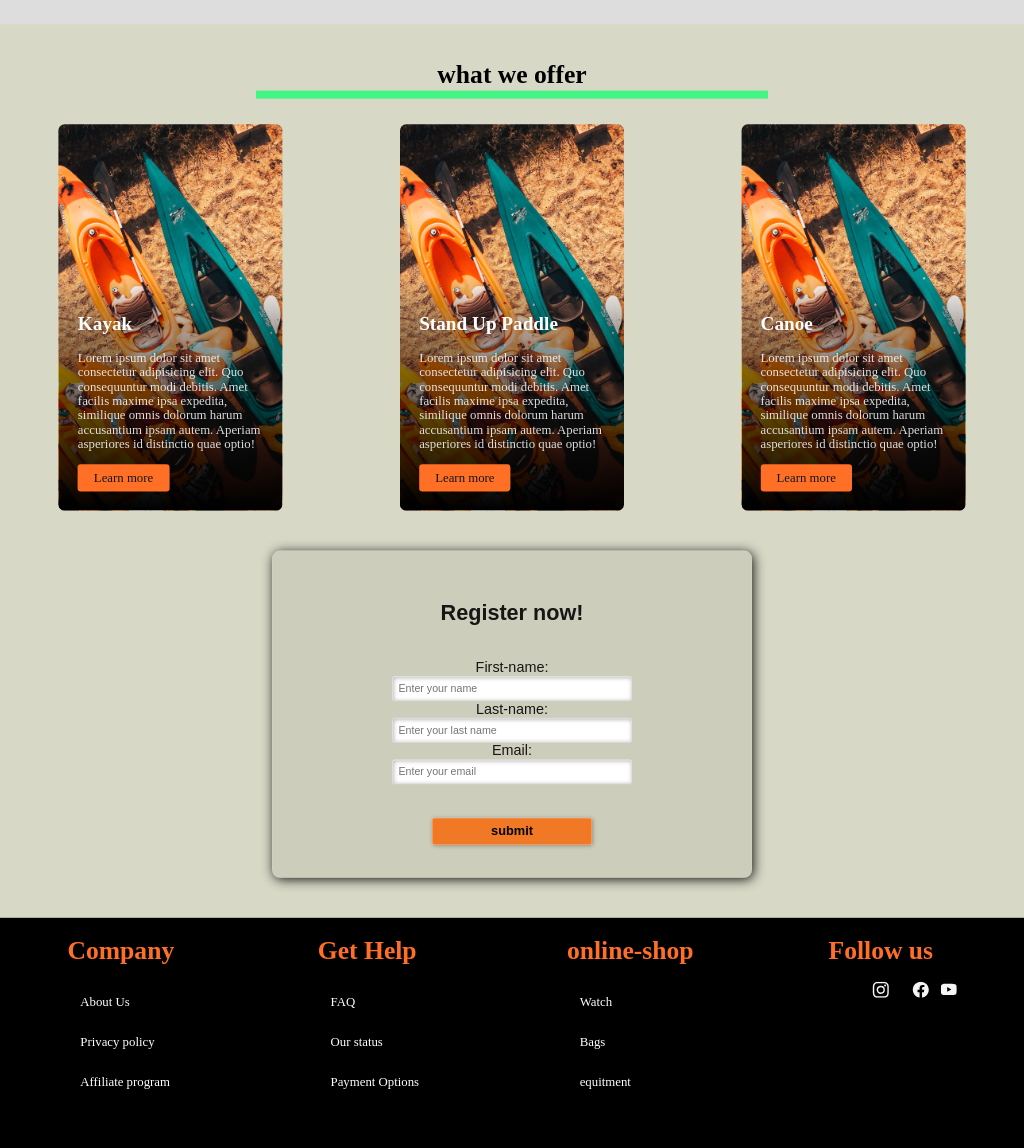
Repository: joseluis2289/Responsive-club-website
Page: index.html
These files come from the project's save history. The page is drawn as it stood at one moment and after the next save; the edit follows.
The browser window is 1280 px wide. The pictures show the part of the page from y = 1304 to 2739 px (the page is 2739 px tall), at 80% of full size.

Above is the page before, as saved 2021-08-25 00:19:40.

### index.html
<!DOCTYPE html>
<html lang="en">
<head>
    <meta charset="UTF-8">
    <meta http-equiv="X-UA-Compatible" content="IE=edge">
    <meta name="viewport" content="width=device-width, initial-scale=1.0">
    <link rel="stylesheet" href="style.css">
    <script src="script.js" defer></script>
    <title>Responsive-Club-website</title>
</head>
<body>

    <nav class="navbar">
        <!-- hamburger toggle -->
        <div class="brand-title">Club-Website</div>
        <a href="#" class="toggle-button">
            <span class="bar"></span>
            <span class="bar"></span>
            <span class="bar"></span>
        </a>

        <div class="nav-links">
            <ul>
                <li><a href="#">Home</a></li>
                <li><a href="#">About</a></li>
                <li><a href="#">Contact</a></li>
            </ul>
        </div>
    </nav>
<div class="banner"></div>

<section class="welcome">
    <h1 class="discover-title">Discover the city of Leipzig</h1>
    <p class="p-discover">Discover the "water city of Leipzig". No matter whether by paddle <strong>or canoe or rowing boat.</strong>The city and its surroundings are among the most beautiful paddling areas in Saxony. Leipzig offers an incomparable combination of urban flair, unique Wilhelminian style architecture Unesco World Heritage Site and natural paradise Leipzig floodplain forest. Overall, the city has almost 300 km of extensive river and canal landscape.</p>

</section>

<!-- about us section -->
<div class="grid-container-about">
    <img class="grid-item-img" src="./Cosmetics Discount Sale Landscape Banner.png" alt="about">
    <div class="grid-item-text"><h1><a class="aboutUs-title" href="#">About us</a></h1><p class="aboutUs-text"> Lorem ipsum dolor sit amet consectetur, adipisicing elit. Recusandae quos praesentium dolore cupiditate neque doloribus ipsum obcaecati repellat quidem eos accusamus culpa repellendus, laudantium amet hic quis minima quibusdam ex. Lorem, ipsum dolor sit amet consectetur adipisicing elit. Illum quos expedita accusamus, eaque accusantium magnam. Hic nobis totam, assumenda nisi debitis architecto dolorem aliquam unde provident numquam quidem fugit dignissimos! Lorem, ipsum dolor sit amet consectetur adipisicing elit. Deserunt, cumque blanditiis odit, tempora itaque nisi enim unde ipsa maxime nihil veniam, veritatis iure maiores dolor quas numquam inventore soluta doloremque.</p></div>
</div>



<h1 class="tittle-what-we-offer">what we offer</h1>
<div class="card-container">
    <div class="card">
        <div class="card-content">
        <h2 class="card-title">Kayak</h2>
        <p class="card-body">Lorem ipsum dolor sit amet consectetur adipisicing elit. Quo consequuntur modi debitis. Amet facilis maxime ipsa expedita, similique omnis dolorum harum accusantium ipsam autem. Aperiam asperiores id distinctio quae optio!</p>
        <a href="#" class="button">Learn more</a>
    </div>
    </div>

    <div class="card">
        <div class="card-content">
        <h2 class="card-title"> Stand Up Paddle</h2>
        <p class="card-body">Lorem ipsum dolor sit amet consectetur adipisicing elit. Quo consequuntur modi debitis. Amet facilis maxime ipsa expedita, similique omnis dolorum harum accusantium ipsam autem. Aperiam asperiores id distinctio quae optio!</p>
        <a href="#" class="button">Learn more</a>
    </div>
    </div>


    <div class="card">
        <div class="card-content">
        <h2 class="card-title">Canoe</h2>
        <p class="card-body">Lorem ipsum dolor sit amet consectetur adipisicing elit. Quo consequuntur modi debitis. Amet facilis maxime ipsa expedita, similique omnis dolorum harum accusantium ipsam autem. Aperiam asperiores id distinctio quae optio!</p>
        <a href="#" class="button">Learn more</a>
    </div>
    </div>

</div>

<section class="register">
    <form id="register" action="#">
        <h2 class="register-title">Register now!</h2>
        <label for="first-name">First-name:</label>
        <br/>
        <input type="text" name="first-name" id='name' placeholder="Enter your name">
        <br/>
        <label for="last-name">Last-name:</label>
        <br/>
        <input type="text" name="last-name" id="name" placeholder="Enter your last name">
        <br/>
        <label for="email">Email:</label>
        <br/>
        <input type="text" name="email" id="name" placeholder="Enter your email">
        <br/>&nbsp;
        <br/> <br/>
    <input type="submit" value="submit" name="submit" id="submit">
    </form>
</section>

<footer class="footer">
    <div class="footer-sections">
        <div class="company">
            <ul>
                <h1 class="company-title">Company</h1>
                <li><a href="#">About Us</a></li>
                <li><a href="#">Privacy policy</a></li>
                <li><a href="#">Affiliate program</a></li>
            </ul>
        </div>
        <div class="get-help">
            <h1 class="help-title">Get Help</h1>
            <ul>
                <li><a href="#">FAQ</a></li>
                <li><a href="#">Our status</a></li>
                <li><a href="#">Payment Options</a></li>
            </ul>
        </div>
        <div class="online-shop">
            <h1 class="shop-title">online-shop</h1>
            <ul >
                <li><a href="#">Watch</a></li>
                <li><a href="#">Bags</a></li>
                <li><a href="#">equitment</a></li>
            </ul>
        </div>
        <div class="follow-us">
            <h1 class="followUs-title">Follow us</h1>
            <ul class="follow-us-list">

              <li><svg xmlns="http://www.w3.org/2000/svg" width="50" height="20" fill="currentColor" class="bi bi-instagram" viewBox="0 0 16 16">
                <path d="M8 0C5.829 0 5.556.01 4.703.048 3.85.088 3.269.222 2.76.42a3.917 3.917 0 0 0-1.417.923A3.927 3.927 0 0 0 .42 2.76C.222 3.268.087 3.85.048 4.7.01 5.555 0 5.827 0 8.001c0 2.172.01 2.444.048 3.297.04.852.174 1.433.372 1.942.205.526.478.972.923 1.417.444.445.89.719 1.416.923.51.198 1.09.333 1.942.372C5.555 15.99 5.827 16 8 16s2.444-.01 3.298-.048c.851-.04 1.434-.174 1.943-.372a3.916 3.916 0 0 0 1.416-.923c.445-.445.718-.891.923-1.417.197-.509.332-1.09.372-1.942C15.99 10.445 16 10.173 16 8s-.01-2.445-.048-3.299c-.04-.851-.175-1.433-.372-1.941a3.926 3.926 0 0 0-.923-1.417A3.911 3.911 0 0 0 13.24.42c-.51-.198-1.092-.333-1.943-.372C10.443.01 10.172 0 7.998 0h.003zm-.717 1.442h.718c2.136 0 2.389.007 3.232.046.78.035 1.204.166 1.486.275.373.145.64.319.92.599.28.28.453.546.598.92.11.281.24.705.275 1.485.039.843.047 1.096.047 3.231s-.008 2.389-.047 3.232c-.035.78-.166 1.203-.275 1.485a2.47 2.47 0 0 1-.599.919c-.28.28-.546.453-.92.598-.28.11-.704.24-1.485.276-.843.038-1.096.047-3.232.047s-2.39-.009-3.233-.047c-.78-.036-1.203-.166-1.485-.276a2.478 2.478 0 0 1-.92-.598 2.48 2.48 0 0 1-.6-.92c-.109-.281-.24-.705-.275-1.485-.038-.843-.046-1.096-.046-3.233 0-2.136.008-2.388.046-3.231.036-.78.166-1.204.276-1.486.145-.373.319-.64.599-.92.28-.28.546-.453.92-.598.282-.11.705-.24 1.485-.276.738-.034 1.024-.044 2.515-.045v.002zm4.988 1.328a.96.96 0 1 0 0 1.92.96.96 0 0 0 0-1.92zm-4.27 1.122a4.109 4.109 0 1 0 0 8.217 4.109 4.109 0 0 0 0-8.217zm0 1.441a2.667 2.667 0 1 1 0 5.334 2.667 2.667 0 0 1 0-5.334z"/>
              </svg></li>
              <li>

                  <svg xmlns="http://www.w3.org/2000/svg" width="50" height="20" fill="currentColor" class="bi bi-facebook" viewBox="0 0 16 16">
                    <path d="M16 8.049c0-4.446-3.582-8.05-8-8.05C3.58 0-.002 3.603-.002 8.05c0 4.017 2.926 7.347 6.75 7.951v-5.625h-2.03V8.05H6.75V6.275c0-2.017 1.195-3.131 3.022-3.131.876 0 1.791.157 1.791.157v1.98h-1.009c-.993 0-1.303.621-1.303 1.258v1.51h2.218l-.354 2.326H9.25V16c3.824-.604 6.75-3.934 6.75-7.951z"/>
                  </svg>
              </li>
              <li>

                  <svg xmlns="http://www.w3.org/2000/svg" width="20" height="20" fill="currentColor" class="bi bi-youtube" viewBox="0 0 16 16">
                    <path d="M8.051 1.999h.089c.822.003 4.987.033 6.11.335a2.01 2.01 0 0 1 1.415 1.42c.101.38.172.883.22 1.402l.01.104.022.26.008.104c.065.914.073 1.77.074 1.957v.075c-.001.194-.01 1.108-.082 2.06l-.008.105-.009.104c-.05.572-.124 1.14-.235 1.558a2.007 2.007 0 0 1-1.415 1.42c-1.16.312-5.569.334-6.18.335h-.142c-.309 0-1.587-.006-2.927-.052l-.17-.006-.087-.004-.171-.007-.171-.007c-1.11-.049-2.167-.128-2.654-.26a2.007 2.007 0 0 1-1.415-1.419c-.111-.417-.185-.986-.235-1.558L.09 9.82l-.008-.104A31.4 31.4 0 0 1 0 7.68v-.123c.002-.215.01-.958.064-1.778l.007-.103.003-.052.008-.104.022-.26.01-.104c.048-.519.119-1.023.22-1.402a2.007 2.007 0 0 1 1.415-1.42c.487-.13 1.544-.21 2.654-.26l.17-.007.172-.006.086-.003.171-.007A99.788 99.788 0 0 1 7.858 2h.193zM6.4 5.209v4.818l4.157-2.408L6.4 5.209z"/>
                  </svg>
              </li>
            </ul>
        </div>
    </div>
</footer>
</body>
</html>

### style.css
:root{
    --clr-neutral-900: hsl(207,19%,9%);
    --crl-neutral-100: hsl(0,0%,100%);
    --crl-accent-400: hsl(142, 90%, 61%);
    --crl-accent-300: hsl(20.18, 100%, 57.45%);

}

*,
*::before,
*::after {
    box-sizing: border-box;
}


*{
    box-sizing: border-box;
}

body{
    margin: 0;
    border: 0;
    background-color:#D7D9C6;
}

.navbar{
    display: flex;
    justify-content: space-between;
    align-items: center;
    background-color: #333;
    color: white;
    font-family: 'Poppins', sans-serif;

}

.brand-title{
    font-size: 1.6rem;
    margin: .5rem;
    text-transform: uppercase;
    letter-spacing: 4px;
    -webkit-box-shadow: 0 10px 6px -6px rgb(80, 73, 73);
    -moz-box-shadow:0 10px 6px -6px rgb(114, 110, 110);
    box-shadow: 0 10px 6px -6px rgb(136, 133, 133);
    border-radius:10px;
}

.nav-links ul {
    margin: 0;
    padding: 0;
    display: flex;
}
.nav-links li {
    list-style: none;
}

.nav-links li a {
    text-decoration: none;
    color: white;
    padding: 1rem;
    display: block;
}
.nav-links li:hover{
    background-color:#555;
}

.toggle-button {
    position: absolute;
    top: .75rem;
    right: 1rem;
    display: none;
    flex-direction: column;
    justify-content: space-between;
    width: 30px;
    height: 22px;
}

.toggle-button .bar {
    height: 3px;
    width: 100%;
    background-color: white;
    border-radius: 10px;
}

.banner{
    background-image: url("/Cosmetics\ Discount\ Sale\ Landscape\ Banner.png");
    background-repeat: no-repeat;
    background-position: cover;
    background-size: 100% 100vh;
    height: 100vh;
}

/* discover the city of Leipzig */
.welcome{
    text-align: center;
    height: 30vh;
    width:auto;
    margin: auto;
    padding: 50px;

}
.p-discover{
    text-align: justify;
    text-justify: inter-word;



}
.discover-title{
    display: block;
    position: relative;
    cursor: pointer;
}
.discover-title::after{
    content:"";
    position: absolute;
    left: 690px;
    background: var(--crl-accent-400);
    display: block;
    border: 0;
    margin: 0.5rem 0;
    width:300px;
    height: 10px;
    transform: scaleX(0.1);
    transition: transform 0.4s ease;

}

.discover-title:hover:after,
.discover-title:active:after{
    transform: scaleX(1);
    transform-origin: left;
    transition: transform 0.5s ease;
}


.grid-container-about{
    background-color: #ddd;
    display: grid;
    grid-template-columns: auto auto;
    padding: 30px;
    column-gap: 40px;

}
.grid-item-img{
    margin: 0 0 0 auto;
    width: 500px;
    height: 40vh;
    border-radius:10px;

}
.aboutUs-text{
    width: 600px;
}

/* about us  */

.aboutUs-title{
color: #000;
text-decoration: none;
border: 0;
margin: 0.5rem 0;
line-height: 1.4;
display: block;
position: relative;
}

.aboutUs-title:after{
    position: absolute;
    content: "";
    background: var(--crl-accent-400);
    display: block;
    left:0;
    bottom:0;
    line-height: 1.4;
    width:100%;
    height: 10px;
    transform: scaleX(0.1);
    transition: transform 0.4s ease;

}

.aboutUs-title:hover:after,
.aboutUs-title:active:after{
    transform: scaleX(1);
    transform-origin: left bottom;
    transition: transform 0.5s ease;
}


/* what we offer cards */
.tittle-what-we-offer{
    color: #000;
text-decoration: none;
border: 0;
margin: 2rem 0;
line-height: 1.9;
display: block;
position: relative;
}
.tittle-what-we-offer::after{
    position: absolute;
    content: "";
    background: var(--crl-accent-400);
    display: block;
    left:0;
    bottom:0;
    line-height: 1.4;
    width:100%;
    height: 10px;
    transform: scaleX(0.5);
    transition: transform 0.4s ease;
}
.tittle-what-we-offer:hover:after,
.tittle-what-we-offer:active:after{
    transform: scaleX(1);
    transform-origin: left bottom;
    transition: transform 0.5s ease;
}


.tittle-what-we-offer{
    text-align: center;
}

.card-container{
    display: flex;
    justify-content: space-around;
}

.card{
    color: var(--crl-neutral-100);
    background-image: url(./we-offer.jpg);
    background-size: cover;
    padding: 12rem 0 0;
    /* ch is 35 character wide */
    max-width: 35ch;
    border-radius: 0.5rem;
    overflow: hidden;
    transition: transform 500ms ease;

}

.card:hover{
    transform: scale(1.05);
}



.card-content{
    /* this variable only exist within the card content */
    --padding: 1.5rem;
    padding: var(--padding);
    /* here im appying some saturation and opacity of the backgroud card in order to kind of fade it out */
    background: linear-gradient(
        hsl(0 0% 0% / 0),
        hsl(0 0% 0% / 0.3) 20%,
        hsl(0 0% 0% / 1)
    );
}

.card-title{
    position: relative;
    /* max-content it line up the with of the title */
    width: max-content;


}

.card-title::after{
    content:"";
    position: absolute;
    height: 4px;
    /* here I'm moving the green bar to the left in order to animate */
    left: calc(var(--padding) * -1 );
    bottom: 0;
    width: calc(100% + var(--padding));
    background: var(--crl-accent-400);
    /* here I'm animating the green bar from left to right */
    transform-origin: left;
    transform: scaleX(0);
    transition: transform 500ms ease;
}

.card:hover .card-title::after{
    transform: scaleX(1);
}

.card-body{
    color: rgb(255 255 255 / 0.85);
}

.button{
    cursor:pointer;
    display: inline-block;
    padding: 0.5em 1.3em;
    text-decoration: none;
    color: var(--clr-neutral-900);
    background-color: var(--crl-accent-300);
    padding: 0.5em 1.25em;
    border-radius: 0.25em;
}


.button:hover,
.button:focus {
    background-color: var(--crl-neutral-100);
}

/* register */
.register-title{
    text-align: center;
    padding: 20px;
    font-family:'Poppins', sans-serif;
}
#register{

    background-color:rgba(0, 0, 0, 0.05);
    width: 600px;
    font-size: 18px;
    border-radius:10px;
    border:1px solid rgba(214, 210, 210, 0.3);
    box-shadow: 2px 2px 15px;
    color:rgb(24, 21, 21);
    margin: 50px auto;
    text-align: center;
    padding: 20px;
    transition: transform 500ms ease;

}
#register:hover{
    transform: scale(1.05);

    transition: 0.3s;
}
label{
    font-family:'Poppins', sans-serif;
    font-size: 18px;
}
input#name{
    width: 300px;
    border: 1px solid #ddd;
    border-radius: 3px;
    outline: 0;
    padding: 7px;
    background-color: #fff;
    box-shadow: inset 1px 1px 5px
    rgba(0,0,0,0.3);
}


input#submit{
    width: 200px;
    padding: 7px;
    font-size: 16px;
    font-family: sans-serif;
    font-weight: 600;
    border: none;
    border-radius:3px;
    background-color:rgba(250, 100, 0, 0.8);
    color:black;
    cursor:pointer;
    border:1px solid rgba(255, 255, 255, 0.3);
    box-shadow: 1px 1px 5px rgba(0, 0, 0, 0.3);
    margin-bottom: 20px;
}

input#submit:hover,
input#submit:focus {
    background-color: var(--crl-neutral-100);
}


/* footer */
.footer{
    width: 100%;
    height: 40vh;
    background-color:#000;
    color:whitesmoke;
}
.footer-sections{
    display: flex;
    justify-content: space-around;

}
.company-title{
    color:var(--crl-accent-300);
}
.company ul{
    margin: 0;
    padding: 0;
}
.company li{
    list-style: none;
}
.company li a {
    text-decoration: none;
    color: white;
    padding: 1rem;
    display: block;
}
.help-title{
    color:var(--crl-accent-300);
}
.get-help ul{
    margin: 0;
    padding: 0;
}

.get-help li{
    list-style: none;
}
.get-help li a {
    text-decoration: none;
    color: white;
    padding: 1rem;
    display: block;
}

.shop-title{
    color: var(--crl-accent-300);
}

.online-shop ul{
    margin: 0;
    padding: 0;
}
.online-shop li{
    list-style: none;
}

.online-shop li a {
    text-decoration: none;
    color: white;
    padding: 1rem;
    display: block;
}

.followUs-title{
    color:var(--crl-accent-300);
}
.follow-us-list{
    display: flex;

}
.follow-us-list li{
    list-style: none;
}

 @media(min-width: 320px) and (max-width: 600px){

   .toggle-button{
        display: flex;
    }

    .nav-links{
        display: none;
        width: 100%;
    }

    .navbar{
        flex-direction: column;
        align-items: flex-start;
        width: 100%;
    }

    .nav-links ul {
        width: 100%;
        flex-direction: column;

    }
    .nav-links li {
        text-align: center;
    }
    .nav-links li a {
        padding: .5rem 1rem;
    }
    .nav-links.active{
        display: flex;

    }


    .banner{
        background-image: url("/Cosmetics\ Discount\ Sale\ Landscape\ Banner.png");
        background-repeat: no-repeat;
        background-position: cover;
        background-size: 100% 100vh;
        height: 80vh;
        width: 100%;
    }
    .discover-title::after{
        left: 20px;
    }

    .p-discover{
        text-align: justify;
        text-justify: inter-word;
        padding: 20px;

    }
    .grid-container-about{
        margin: 160px 0 0px 0px;
        background-color: #ddd;
        display: grid;
        grid-template-columns: 1fr;

    }
    .grid-item-img{
         width:auto;
         margin: 40px auto 0 0;
    }

    .aboutUs-title{
        padding: 10px;
    }
    .aboutUs-text{
        text-align: justify;
        text-justify: inter-word;
        width: 370px;
        padding: 10px;

    }
    .card-container{
        display: flex;
        flex-direction: column;


    }
    .card{
        margin: 20px auto;
    }


    #register{
        width: 300px;
    }

    input#name{
        width: 200px;
    }
    .footer{
        width: 100%;
        height: 160vh;
        background-color:#000;
        color:var(--clr-neutral-900);
    }
    .footer-sections{
        display: flex;
        flex-direction: column;
        align-items: center;
        justify-content: center;


    }


}



@media (min-width: 601px) and (max-width: 767px){
    .navbar{
        width: 100%;
        flex-direction: row;
        justify-content: space-around;
        align-content: center;
    }
    .banner{
        background-image: url("/Cosmetics\ Discount\ Sale\ Landscape\ Banner.png");
        background-repeat: no-repeat;
        background-position:cover;
        background-size: 100% 100vh;
        height: 100vh;
        width: 100%;
    }

    .discover-title::after{
        left: 260px;
        margin: 0 0 30px;

    }
    .discover-title{
        width: 800px;
        text-align: center;
    }
    .p-discover{
        text-align: justify;
        text-justify: inter-word;
        width: 700px;
        padding: 0.7em 5em;
        margin:20px 0 0 60px;
        font-size: 20px;

    }
    .grid-container-about{
        width: 800px;
        margin: 150px 0;
        background-color: #ddd;
        display: grid;
        grid-template-columns: 1fr;
        padding: 90px;
    }
    .aboutUs-text{
        text-align: justify;
        text-justify: inter-word;
        width: 550px;
    }
    .card-container{
        display: flex;
        flex-direction: column;
    }
   .card{
  font-size: larger;
   margin: 0 0 30px 100px;

   }
   #register{
   font-size: 30px;
   margin:10px auto 25px 70px;

}

input#name{
    width: 300px;

}
label{
    font-family:'Poppins', sans-serif;

}

.footer{
    width: 100%;
    height: 100vh;
    background-color:#000;
    color:var(--clr-neutral-900);
}
.footer-sections{
    display: flex;
    flex-direction: column;
    align-items: center;
    justify-content: center;
}
}

@media (min-width: 768px) and (max-width: 1024px){

    .discover-title::after{
        left: 250px;
        margin: 0 0 30px;

    }
    .discover-title{
        width: 800px;
        text-align: center;
    }
    .p-discover{
        text-align: justify;
        text-justify: inter-word;
        width: 790px;
        padding: 0.7em 5em;
        margin:20px 0 0 10px;
        font-size: 20px;

    }

    .grid-container-about{


        background-color: #ddd;
        display: grid;
        grid-template-columns: 1fr 1fr;

    }
.grid-item-text{
    margin: 0 0 0 30px;
}

.card-container{
    display: flex;

    justify-content: space-between;

}
.card{
    margin: 0 10px 0px 30px;
}
.footer{
    width: 100%;
    height: 100vh;
    background-color:#000;
    color:var(--clr-neutral-900);
}
.footer-sections{
    display: flex;
    flex-direction: row;
    align-items: center;
    justify-content: center;
}

}

### script.js
const toggleButton = document.getElementsByClassName("toggle-button")[0]
const navBarLinks = document.getElementsByClassName("nav-links")[0]

toggleButton.addEventListener("click", () =>{
    // toggle the active class so If the active class does exist it will add it and viceversa
    navBarLinks.classList.toggle("active")
}
)

After the next save:
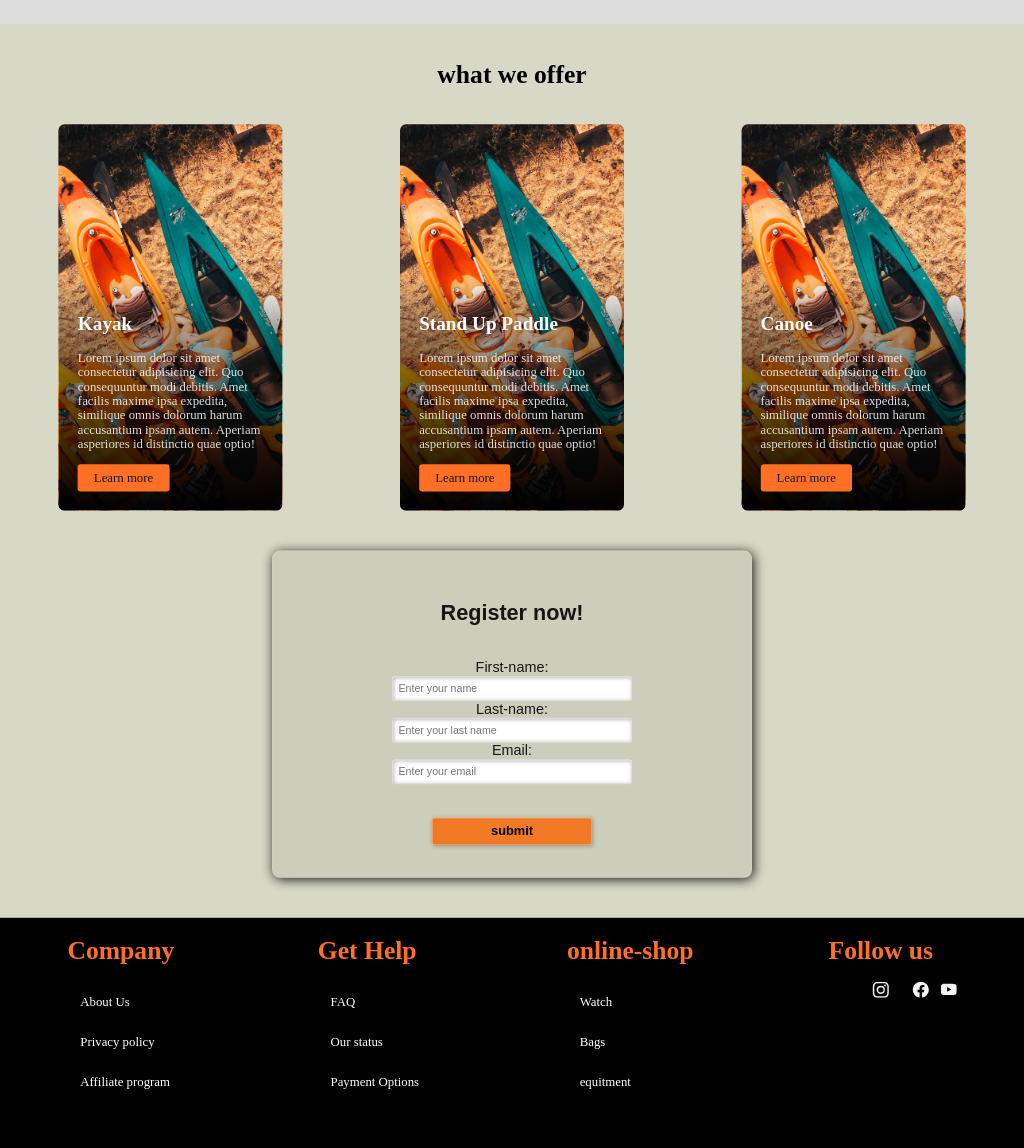
Saved 80 s later.
--- a/style.css
+++ b/style.css
@@ -205,7 +205,7 @@ position: relative;
     left:0;
     bottom:0;
     line-height: 1.4;
-    width:100%;
+
     height: 10px;
     transform: scaleX(0.5);
     transition: transform 0.4s ease;
